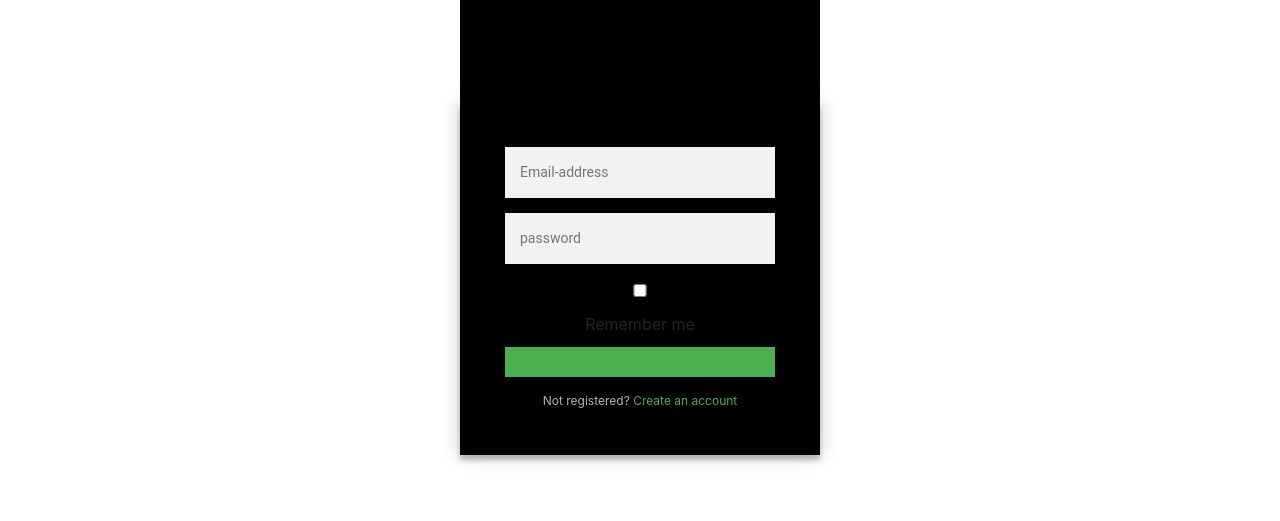
Repository: andbilous/cursor-styled-components
Page: /sign-in
These files come from the project's save history. The page is drawn as it stood at one moment and after a run of saves; the edit follows.
The browser window is 1280 px wide. The pictures show the whole page.
The project was rebuilt for these pictures with package versions that can differ from the ones it lists, and the page was loaded fresh each time. Also part of the build but not shown: src/App.css, src/components/SignUpForm.jsx.

Above is the page before, as saved 2020-04-19 13:31:24.

### src/App.js
import React from 'react';
import {
  BrowserRouter as Router,
  Switch,
  Route,
  Link
} from "react-router-dom";
import './App.css';
import SignInForm from './components/SignInForm';
import SignUpForm from './components/SignUpForm';

function App() {
  return (
   <Router>
      <Switch>
          <Route exact path="/sign-in">
            <SignInForm />
          </Route>
          <Route path="/sign-up">
            <SignUpForm />
          </Route>
        </Switch>
   </Router>
  );
}

export default App;

### src/components/SignInForm.jsx
import React from 'react';
import styled from "styled-components";

const SignInFormStyles=styled.div`
.login-page {
  width: 360px;
  padding: 8% 0 0;
  margin: auto;
  background: #000;
}
.form {
  position: relative;
  z-index: 1;
  max-width: 360px;
  margin: 0 auto 100px;
  padding: 45px;
  text-align: center;
  box-shadow: 0 0 20px 0 rgba(0, 0, 0, 0.2), 0 5px 5px 0 rgba(0, 0, 0, 0.24);
}
.form input {
  font-family: "Roboto", sans-serif;
  outline: 0;
  background: #f2f2f2;
  width: 100%;
  border: 0;
  margin: 0 0 15px;
  padding: 15px;
  box-sizing: border-box;
  font-size: 14px;
}
.form button {
  font-family: "Roboto", sans-serif;
  text-transform: uppercase;
  outline: 0;
  background: #4CAF50;
  width: 100%;
  border: 0;
  padding: 15px;
  color: #FFFFFF;
  font-size: 14px;
  -webkit-transition: all 0.3 ease;
  transition: all 0.3 ease;
  cursor: pointer;
}
.form button:hover,.form button:active,.form button:focus {
  background: #43A047;
}
.form .message {
  margin: 15px 0 0;
  color: #b3b3b3;
  font-size: 12px;
}
.form .message a {
  color: #4CAF50;
  text-decoration: none;
}
.form .register-form {
  display: none;
}
.container {
  position: relative;
  z-index: 1;
  max-width: 300px;
  margin: 0 auto;
}
.container:before, .container:after {
  content: "";
  display: block;
  clear: both;
}
.container .info {
  margin: 50px auto;
  text-align: center;
}
.container .info h1 {
  margin: 0 0 15px;
  padding: 0;
  font-size: 36px;
  font-weight: 300;
  color: #1a1a1a;
}
.container .info span {
  color: #4d4d4d;
  font-size: 12px;
}
.container .info span a {
  color: #000000;
  text-decoration: none;
}
.container .info span .fa {
  color: #EF3B3A;
}
body {
  background: #76b852; /* fallback for old browsers */
  background: -webkit-linear-gradient(right, #76b852, #8DC26F);
  background: -moz-linear-gradient(right, #76b852, #8DC26F);
  background: -o-linear-gradient(right, #76b852, #8DC26F);
  background: linear-gradient(to left, #76b852, #8DC26F);
  font-family: "Roboto", sans-serif;
  -webkit-font-smoothing: antialiased;
  -moz-osx-font-smoothing: grayscale;
}
`


const SignInForm =() =>{
  return (
    <SignInFormStyles>
<div class="login-page">
  <div class="form">
    <form class="login-form">
    <input type="text" placeholder="Email-address"/>
      <input type="password" placeholder="password"/>
      <div><input type="checkbox"/><label>Remember me</label></div>
     <button></button>
      <p class="message">Not registered? <a href="#">Create an account</a></p>
    </form>
  </div>
</div>
    </SignInFormStyles>

  )
}


export default  SignInForm;

Loaded but not shown: public/index.html (common file); src/index.js (common file); src/index.css (common file); src/serviceWorker.js (common file)

After the next 4 saves:
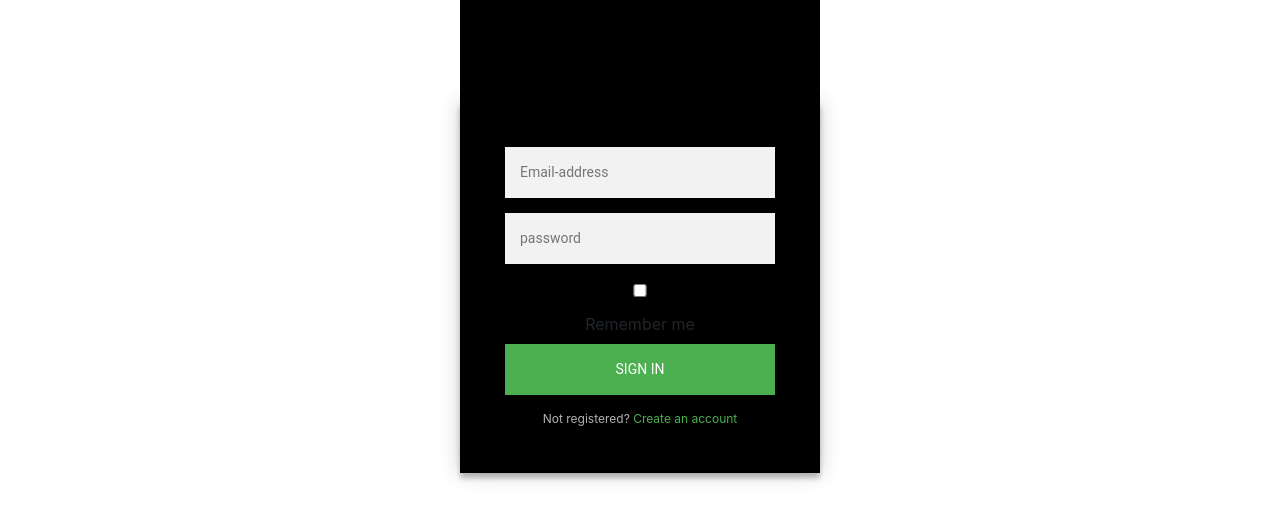
The 4 saves are shown as one change because they came seconds apart.
The last was saved 8 s later.
--- a/src/components/SignInForm.jsx
+++ b/src/components/SignInForm.jsx
@@ -112,7 +112,7 @@ const SignInForm =() =>{
     <input type="text" placeholder="Email-address"/>
       <input type="password" placeholder="password"/>
       <div><input type="checkbox"/><label>Remember me</label></div>
-     <button></button>
+     <button>Sign In</button>
       <p class="message">Not registered? <a href="#">Create an account</a></p>
     </form>
   </div>
